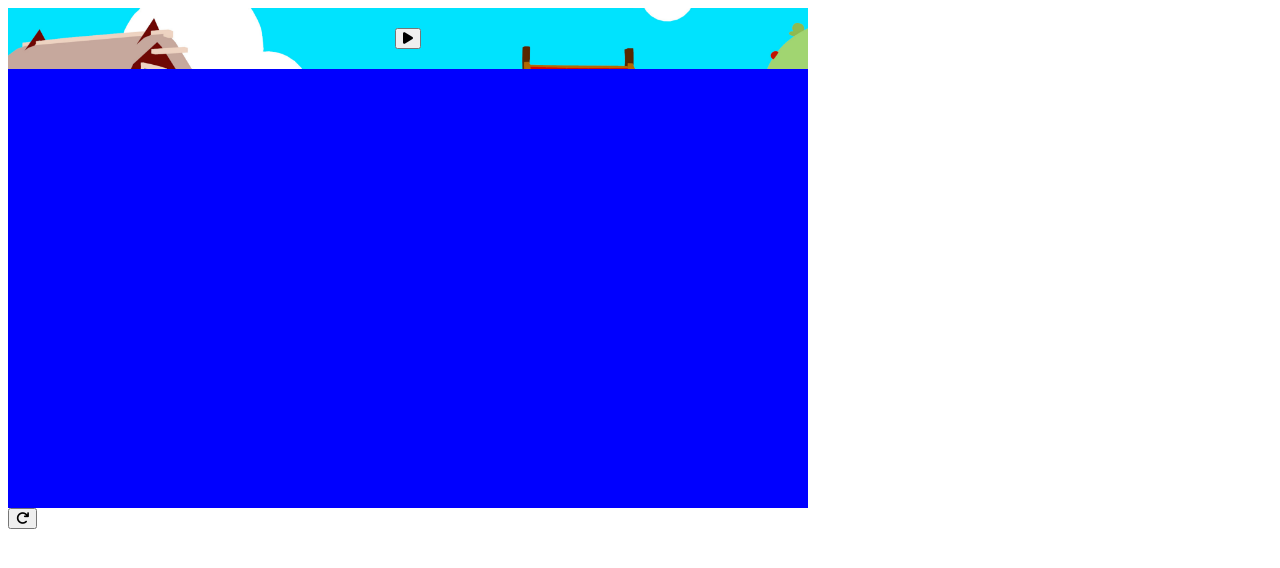
Repository: rumor1993/DreamCoding-Browser101
Page: Chapter07/ellie/index.html
The author's editor kept a copy of each file at every save. The page is drawn from the files as they stood at one save, then again after the next save.
The browser window is 1280 px wide. The pictures show the whole page.
Some web libraries are served in a nearby version.

Above is the page before, as saved 2021-01-03 18:31:51.

### Chapter07/ellie/index.html
<!DOCTYPE html>
<html lang="en">
  <head>
    <meta charset="UTF-8" />
    <meta name="viewport" content="width=device-width, initial-scale=1.0" />
    <title>Document</title>
    <link rel="stylesheet" href="index.css" />
    <script src="https://kit.fontawesome.com/86c035f01d.js" crossorigin="anonymous"></script>
    <script src="index.js"></script>
  </head>
  <body>
    <section class="game">
      <header class="game-header">
        <button class="game-button">
          <i class="fas fa-play"></i>
        </button>
        <span class="game-timer"></span>
        <span class="game-score"></span>
      </header>
      <section class="game-field"></section>
    </section>
    <section class="pop-up">
      <button class="pop-up-refresh">
        <i class="fas fa-redo"></i>
      </button>
      <span class="pop-up-message"></span>
    </section>
  </body>
</html>

### Chapter07/ellie/index.css
.game {
  display: flex;
  flex-direction: column;
  width: 800px;
  height: 500px;
  background: url("../carrot/img/background.png") center/cover;
}

.game-header {
  display: flex;
  flex-direction: column;
  align-items: center;
  padding: 20px;
}

.game-field {
  width: 100%;
  height: 100%;
  background-color: blue;
}

### Chapter07/ellie/index.js
window.addEventListener("load", () => {
  const section = document.querySelector("section");
  let carrotCount = 10;

  for (let i = 0; i < carrotCount; i++) {
    createCarrot();
    createBug();
  }

  function createCarrot() {
    const carrot = document.createElement("div");
    carrot.setAttribute("class", "carrot");
    section.appendChild(carrot);
  }

  function createBug() {
    const bug = document.createElement("div");
    bug.setAttribute("class", "bug");
    section.appendChild(bug);
  }
});

After the next save:
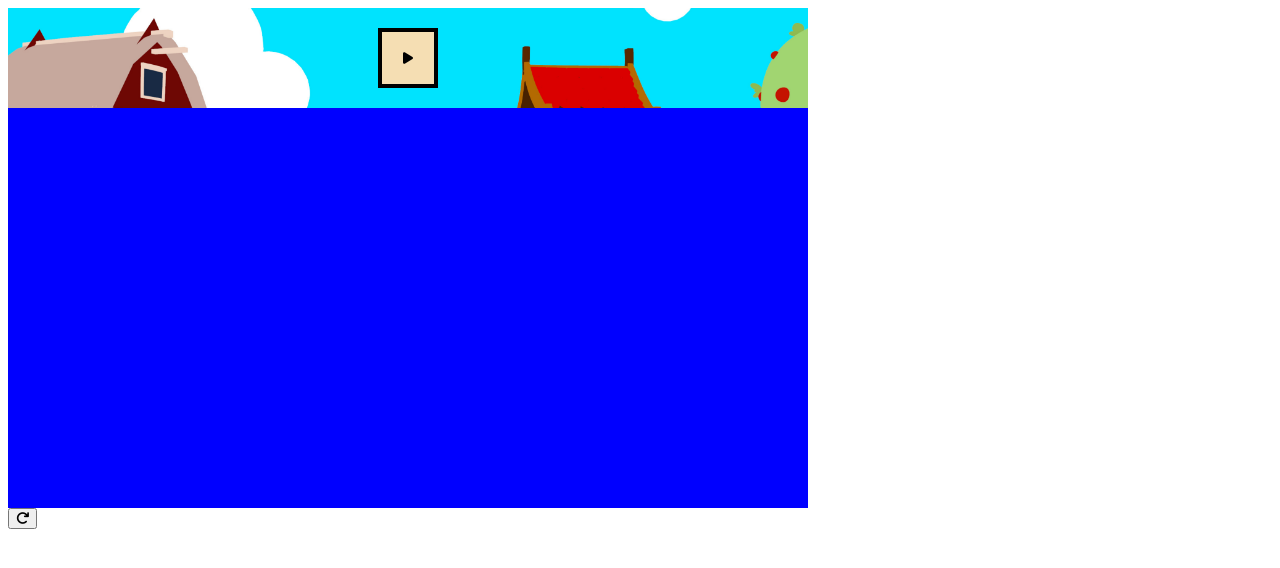
Saved 62 s later.
--- a/Chapter07/ellie/index.css
+++ b/Chapter07/ellie/index.css
@@ -13,6 +13,13 @@
   padding: 20px;
 }
 
+.game-button {
+  width: 60px;
+  height: 60px;
+  background-color: wheat;
+  border: 4px solid black;
+}
+
 .game-field {
   width: 100%;
   height: 100%;
